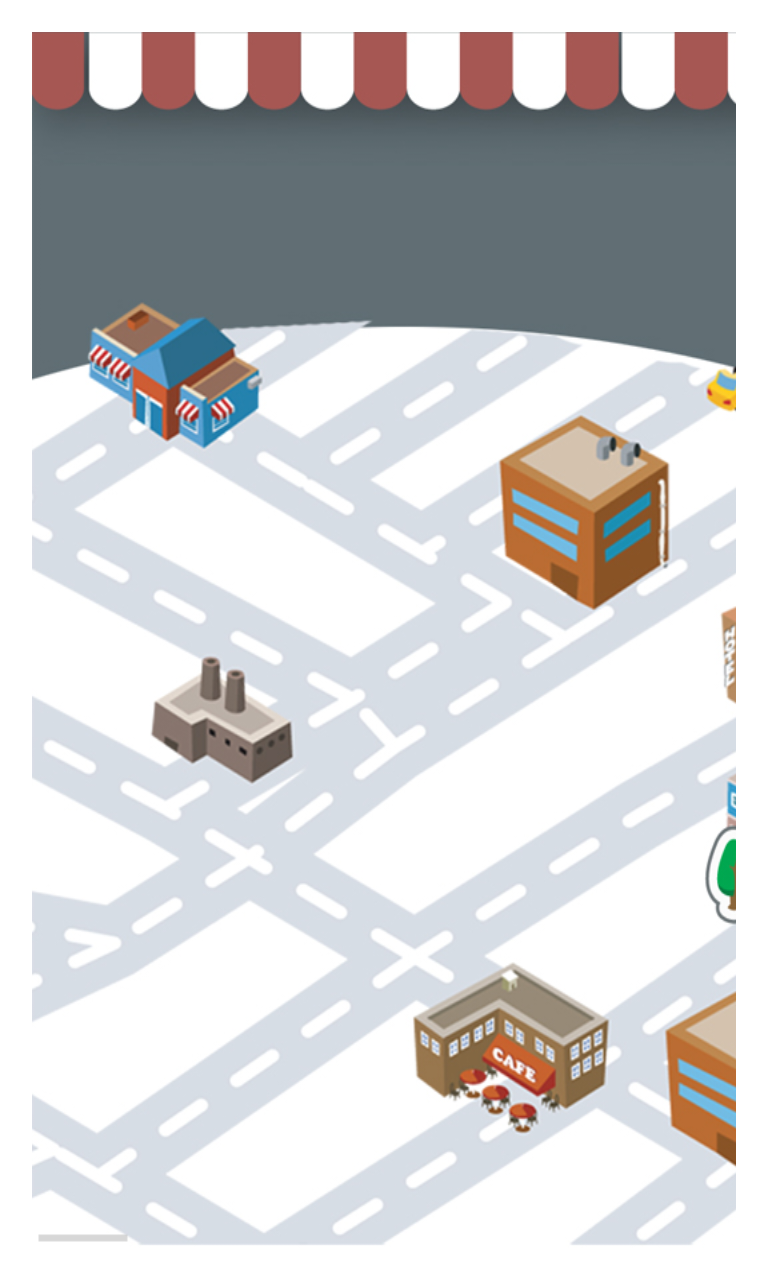
Repository: ahmeda8/playable
Layout: Playable/res/layout/activity_main.xml
An editor plug-in stored every save of this project. The layout is shown before and after the next save, followed by the edit.
It is drawn on a 768 x 1280 px phone screen (xhdpi) without system bars, with theme AppTheme; the app's code is not run.

Above is the layout before, as saved 2013-07-20 19:56:31.

### Playable/res/layout/activity_main.xml
<RelativeLayout xmlns:android="http://schemas.android.com/apk/res/android"
    xmlns:tools="http://schemas.android.com/tools"
    android:layout_width="match_parent"
    android:layout_height="match_parent"
    android:paddingBottom="@dimen/activity_vertical_margin"
    android:paddingLeft="@dimen/activity_horizontal_margin"
    android:paddingRight="@dimen/activity_horizontal_margin"
    android:paddingTop="@dimen/activity_vertical_margin"
    tools:context=".MainActivity" >

        <HorizontalScrollView
            android:id="@+id/horizontalScrollView1"
            android:layout_width="wrap_content"
            android:layout_height="match_parent"
            android:layout_alignParentLeft="true"
            android:layout_alignParentTop="true"
            android:layout_margin="0dp"
            android:layout_alignTop="true"
            android:layout_alignRight="true"
             >

            <LinearLayout
                android:layout_width="match_parent"
                android:layout_height="match_parent"
                android:orientation="horizontal"
                android:id="@+id/linearLayout1"
                >

                <ImageView
                    android:id="@+id/imageView1"
                    android:layout_width="match_parent"
                    android:layout_height="match_parent"
                    android:layout_below="@+id/linearLayout1"
                    android:layout_centerHorizontal="true"
                    android:layout_gravity="top"
                    android:layout_marginTop="0dp"
                    android:scaleType="fitXY"
                    android:src="@drawable/map" />

            </LinearLayout>
        </HorizontalScrollView>
</RelativeLayout>

Loaded but not shown: Playable/res/values/styles.xml (common file); Playable/res/values-v11/styles.xml (common file); Playable/res/values-v14/styles.xml (common file); Playable/res/values/dimens.xml (common file)

After the next save:
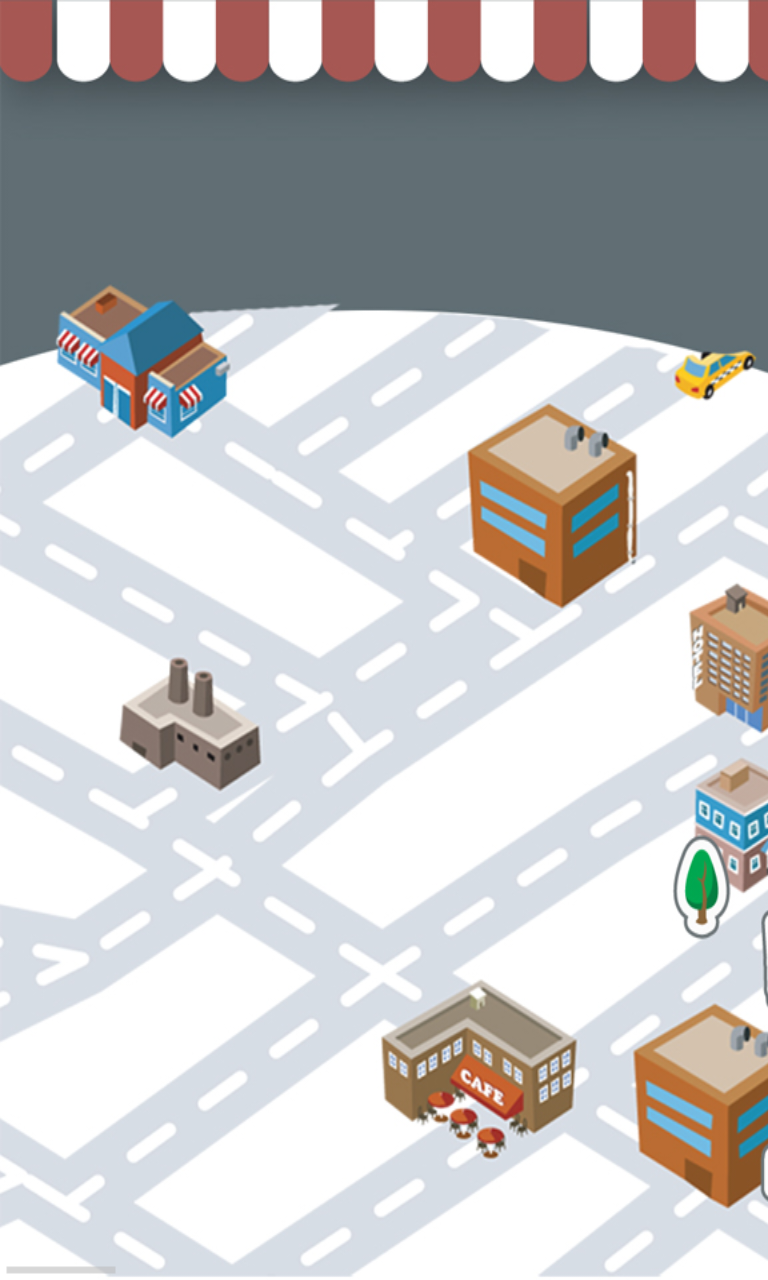
Saved 2 min 17 s later.
--- a/Playable/res/layout/activity_main.xml
+++ b/Playable/res/layout/activity_main.xml
@@ -2,10 +2,7 @@
     xmlns:tools="http://schemas.android.com/tools"
     android:layout_width="match_parent"
     android:layout_height="match_parent"
-    android:paddingBottom="@dimen/activity_vertical_margin"
-    android:paddingLeft="@dimen/activity_horizontal_margin"
-    android:paddingRight="@dimen/activity_horizontal_margin"
-    android:paddingTop="@dimen/activity_vertical_margin"
+    android:padding="0dp"
     tools:context=".MainActivity" >
 
         <HorizontalScrollView
@@ -14,10 +11,11 @@
             android:layout_height="match_parent"
             android:layout_alignParentLeft="true"
             android:layout_alignParentTop="true"
+            android:layout_alignRight="true"
+            android:layout_alignTop="true"
             android:layout_margin="0dp"
-            android:layout_alignTop="true"
-            android:layout_alignRight="true"
-             >
+            android:fillViewport="true"
+            android:padding="0dp" >
 
             <LinearLayout
                 android:layout_width="match_parent"
